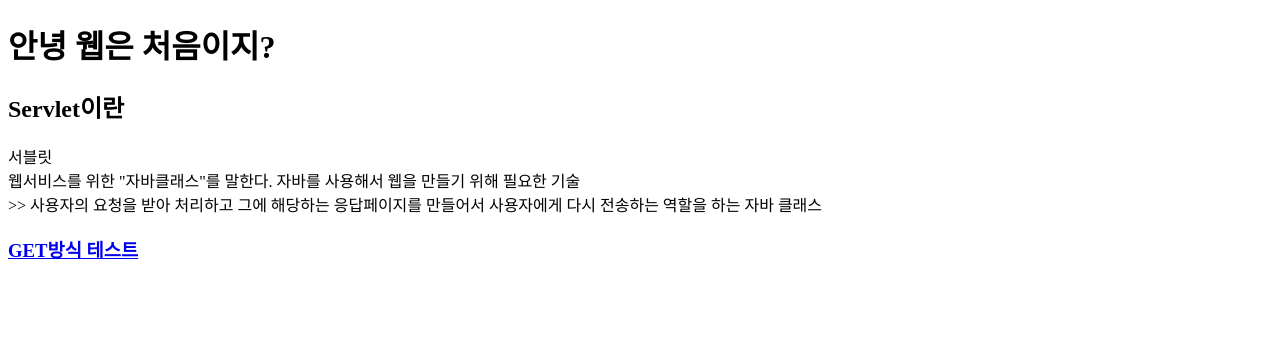
Repository: kimhyeonah911/workspace
Page: 06_Servlet/servlet/src/main/webapp/index.html
An editor plug-in stored every save of this project. The page is shown before and after the next save, followed by the edit.
The browser window is 1280 px wide. The pictures show the whole page.

Above is the page before, as saved 2025-02-21 00:36:42.

### 06_Servlet/servlet/src/main/webapp/index.html
<!DOCTYPE html>
<html lang="en">
<head>
    <meta charset="UTF-8">
    <meta name="viewport" content="width=device-width, initial-scale=1.0">
    <title>Document</title>
</head>
<body>
    <h1>안녕 웹은 처음이지?</h1>

    <h2>Servlet이란</h2>

    <p>
        서블릿 <br>
        웹서비스를 위한 "자바클래스"를 말한다. 자바를 사용해서 웹을 만들기 위해 필요한 기술<br>
        >> 사용자의 요청을 받아 처리하고 그에 해당하는 응답페이지를 만들어서 사용자에게 다시 전송하는 역할을 하는 자바 클래스
    </p>

    <!--
    절대경로/상대경로
    front페이지에서 절대경로 -> /로 시작하는 경로이며  /는 ip:port경로이다.
    front페이지에서 상대경로 -> /로 시작하지 않는 경로이며 시작위치는 현재위치의 마지막 /이다.
    -->
    <h3><a href="/views/request_get.html">GET방식 테스트</a></h3>
</body>
</html>

After the next save:
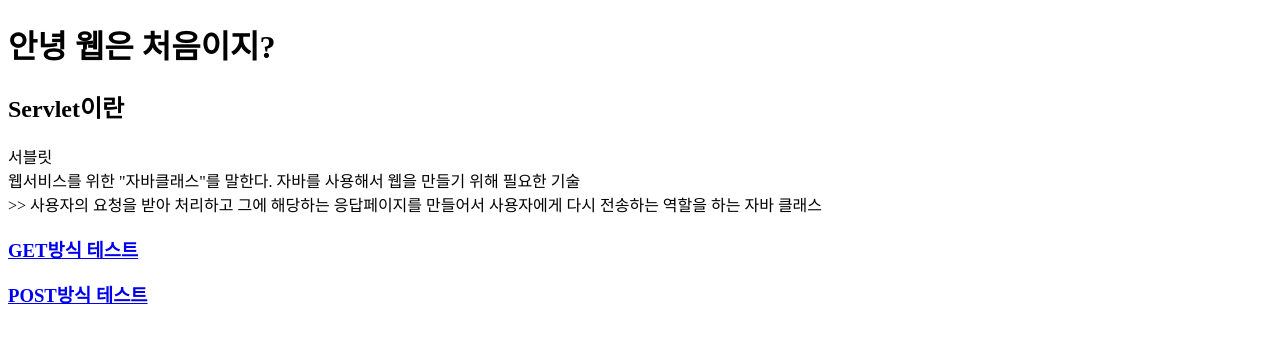
Saved 3 min 30 s later.
--- a/06_Servlet/servlet/src/main/webapp/index.html
+++ b/06_Servlet/servlet/src/main/webapp/index.html
@@ -22,5 +22,6 @@
     front페이지에서 상대경로 -> /로 시작하지 않는 경로이며 시작위치는 현재위치의 마지막 /이다.
     -->
     <h3><a href="/views/request_get.html">GET방식 테스트</a></h3>
+    <h3><a href="/views/request_post.html">POST방식 테스트</a></h3>
 </body>
 </html>
